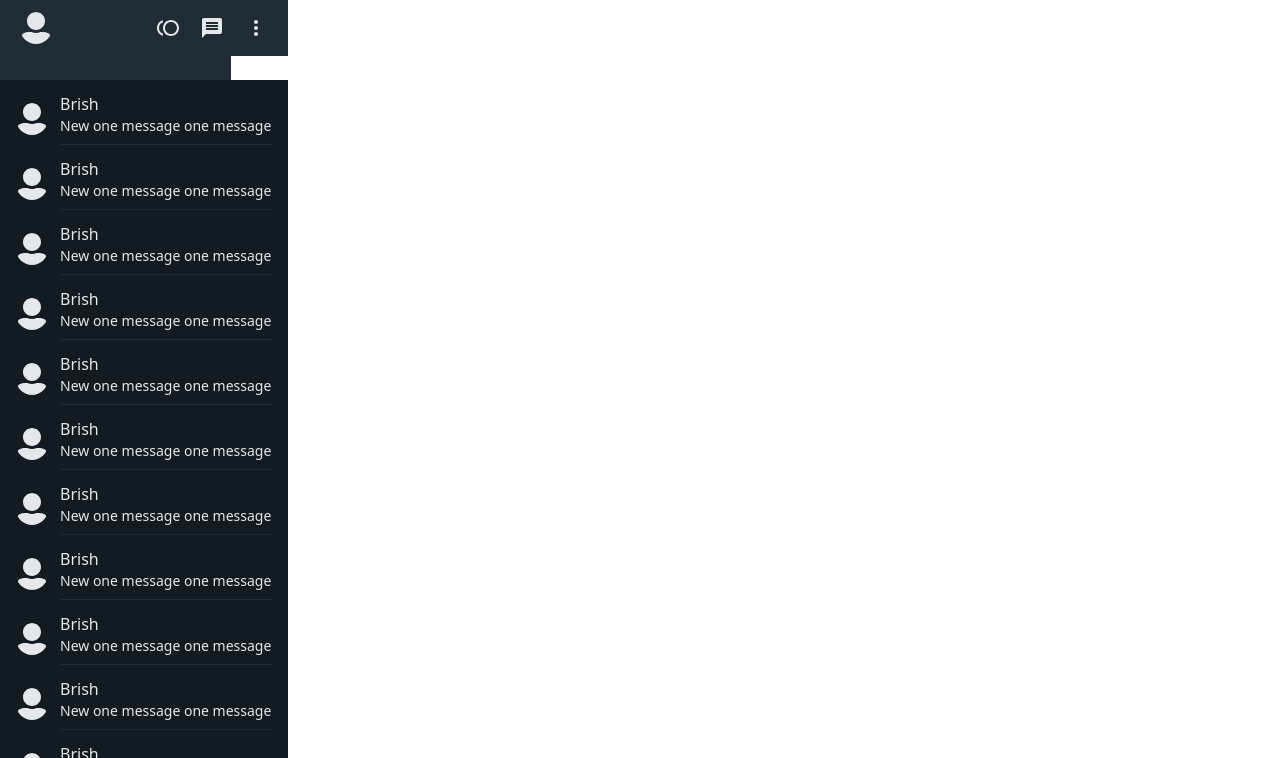
Repository: satya-ranjon/whatsapp-clone-dev
Page: /
These files come from the project's save history. The page is drawn as it stood at one moment and after the next save; the edit follows.
The browser window is 1280 px wide. The pictures show the whole page.
The project was rebuilt for these pictures with package versions that can differ from the ones it lists, and the page was loaded fresh each time.

Above is the page before, as saved 2022-04-09 06:36:50.

After the next save:
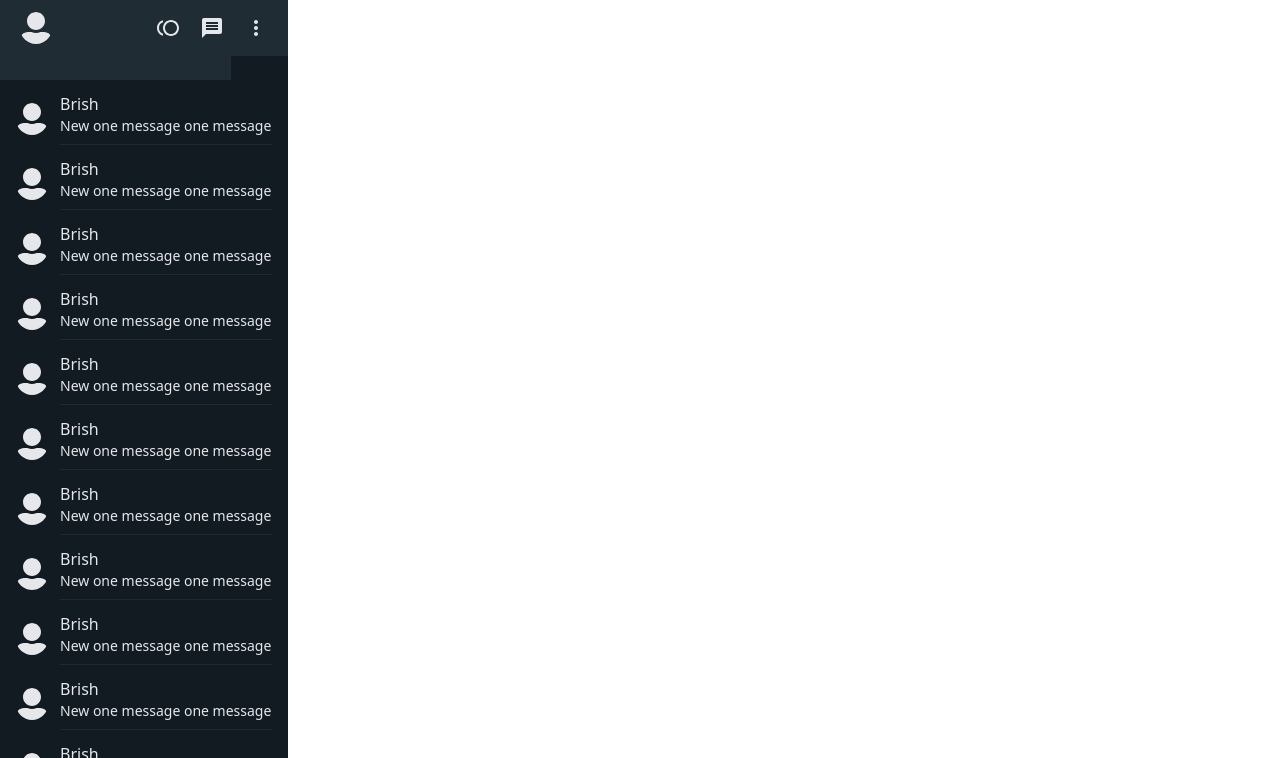
Saved 17 s later.
--- a/src/Components/SideBarUseList.jsx
+++ b/src/Components/SideBarUseList.jsx
@@ -11,7 +11,7 @@ const array = [
 export default function SideBarUseList() {
   return (
     <>
-      <div className="">
+      <div className="bg-[#111b21]">
         <input type="text" className="bg-[#202c33]" />
       </div>
       <div className="bg-[#111b21] overflow-y-scroll scroll-my-1 h-[94.1vh] scrollbar scrollbar-thumb-gray-400 scrollbar-thin text-gray-200 duration-500 transition-all">
